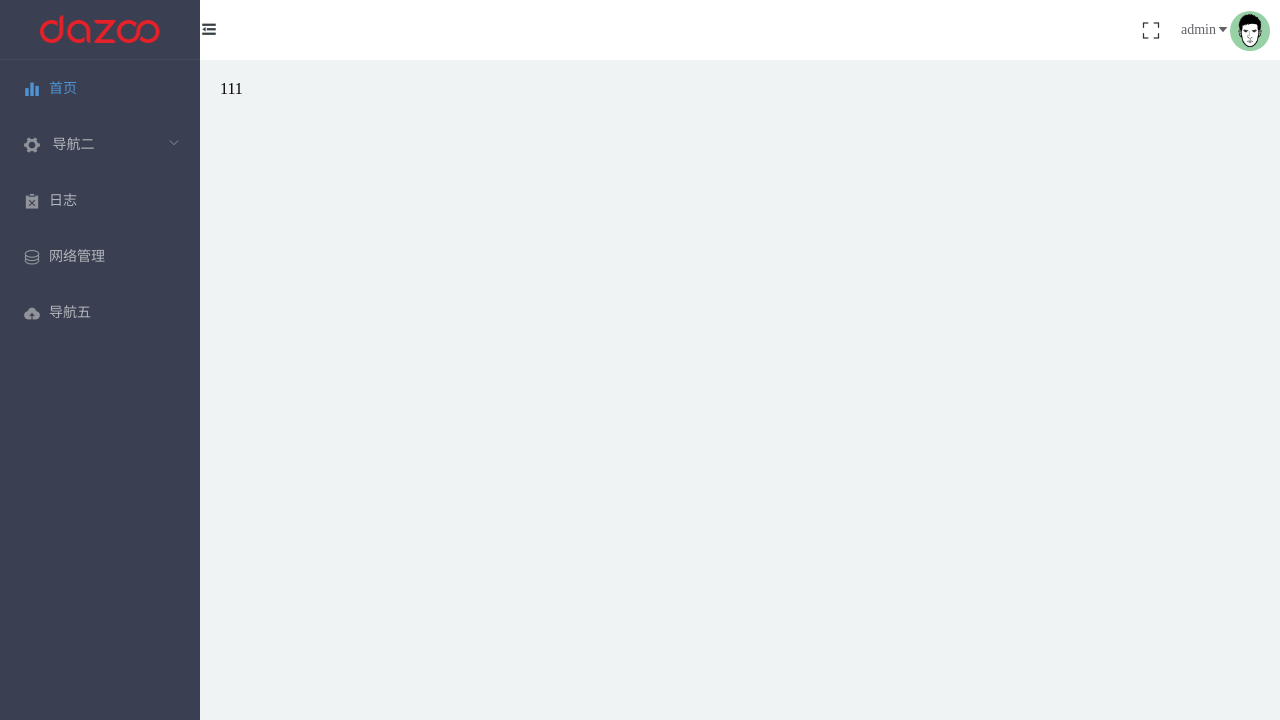
Repository: TomGodb/dazoo-admin
Page: /#/Home
These files come from the project's save history. The page is drawn as it stood at one moment and after the next save; the edit follows.
The browser window is 1280 px wide. The pictures show the whole page.
The project was rebuilt for these pictures with package versions that can differ from the ones it lists, and the page was loaded fresh each time. Also part of the build but not shown: vue.config.js, src/components/SlideVerify/index.vue, src/utils/request.js, src/views/login/http.js, src/views/login/index.vue.

Above is the page before, as saved 2021-01-23 11:00:56.

### public/index.html
<!DOCTYPE html>
<html lang="">
  <head>
    <meta charset="utf-8">
    <meta http-equiv="X-UA-Compatible" content="IE=edge">
    <meta name="viewport" content="width=device-width,initial-scale=1.0">
    <link rel="icon" href="<%= BASE_URL %>favicon.ico">
    <title>运维管理后台</title>
  </head>
  <body>
    <noscript>
      <strong>We're sorry but <%= htmlWebpackPlugin.options.title %> doesn't work properly without JavaScript enabled. Please enable it to continue.</strong>
    </noscript>
    <div id="app"></div>
    <!-- built files will be auto injected -->
  </body>
</html>

### src/main.js
import Vue from "vue";
import App from "./App.vue";
import router from "./router";
import store from "./store";
import ElementUI from 'element-ui';
import 'element-ui/lib/theme-chalk/index.css';
Vue.config.productionTip = false;
Vue.use(ElementUI);
new Vue({
  router,
  store,
  render: h => h(App)
}).$mount("#app");

### src/App.vue
<template>
  <div id="app">
    <!-- <div id="nav">
      <router-link to="/">Home</router-link> |
      <router-link to="/about">About</router-link>
    </div> -->
    <router-view />
  </div>
</template>

<style lang="less">
* {
  padding: 0;
  margin: 0;
}
body,
html {
  height: 100%;
}
#app {
  font-family: "\5FAE\8F6F\96C5\9ED1";
  height: 100%;
}

// #nav {
//   padding: 30px;
//   a {
//     font-weight: bold;
//     color: #2c3e50;
//     &.router-link-exact-active {
//       color: #42b983;
//     }
//   }
// }
</style>

### src/router/index.js
import Vue from "vue";
import VueRouter from "vue-router";

import login from "@v/login/index.vue";
import Home from "@/Home/index.vue";
Vue.use(VueRouter);
import module from './modole'

export const currencyRoutes = [{
    path: "/",
    name: "login",
    component: login,
  },
  {
    path: "/Home",
    name: "Home",
    component: Home,
    redirect: "/dashbord",
    children: module,

  },
];
const router = new VueRouter({
  mode: "hash",
  base: process.env.BASE_URL,
  routes: currencyRoutes
});

export default router;

### src/store/index.js
import Vue from "vue";
import Vuex from "vuex";
import getters from "./getters"

Vue.use(Vuex);
export default new Vuex.Store({
  state: {
    opened: false
  },
  mutations: {
    SET_OPENED(state) {
      state.opened = !state.opened;
    },
  },
  actions: {},
  modules: {},
  getters
});

### src/Home/index.vue
<template>
  <div class="home-container">
    <el-container>
      <el-header> <m-header></m-header></el-header>
      <el-container>
        <el-aside :width="opened ? '64px' : '200px'">
          <el-menu
            :default-active="activeMenu"
            class="el-menu-vertical-demo"
            background-color="#3a3f51"
            text-color="#b5b6bd"
            active-text-color="rgb(79, 148, 212)"
            mode="vertical"
            :collapse-transition="false"
            router
            :collapse="opened"
          >
            <NavMenu :navMenus="menuData"></NavMenu>
          </el-menu>
        </el-aside>
        <el-main>
          <transition name="fade-page" mode="out-in">
            <router-view></router-view> </transition
        ></el-main>
      </el-container>
    </el-container>
    <!-- <el-container>
      <el-aside :width="opened ? '64px' : '200px'">
        <el-menu
          :default-active="activeMenu"
          class="el-menu-vertical-demo"
          background-color="#3a3f51"
          text-color="#b5b6bd"
          active-text-color="rgb(79, 148, 212)"
          mode="vertical"
          :collapse-transition="false"
          router
          :collapse="opened"
        >
          <NavMenu :navMenus="menuData"></NavMenu>
        </el-menu>
      </el-aside>
      <el-container>
        <el-header>
          <m-header></m-header>

        </el-header>
        <el-main>
          <transition name="fade-page" mode="out-in">
            <router-view></router-view>
          </transition>
        </el-main>
      </el-container>
    </el-container> -->
  </div>
</template>

<script>
import NavMenu from "./NavMenu";
import { mapGetters } from "vuex";
import MHeader from "./Header";
import { menuData } from "./NavMenu/meunDataRouter";
export default {
  components: {
    NavMenu,
    MHeader,
  },
  data() {
    return {
      menuData,
    };
  },
  computed: {
    activeMenu() {
      return this.$route.path;
    },
    ...mapGetters(["opened"]),
  },
};
</script>

<style lang="less" scoped>
.el-header,
.el-footer {
  // background-color: #b3c0d1;
  color: #333;
  // text-align: center;
  // line-height: 60px;
}
.home-container {
  height: 100%;
  .el-aside {
    transition: width 0.3s;
    overflow: hidden;
    background-color: rgb(58, 63, 81);
  }
  .el-menu {
    border-right: 0px !important;
  }
  .fade-page-enter-active,
  .fade-page-leave-active {
    transition: all 0.5s;
  }
  .fade-page-enter {
    opacity: 0;
    transform: translateX(-30px);
  }
  .fade-page-leave-to {
    opacity: 0;
    transform: translateX(-30px);
  }
}
.el-container {
  // height:calc(100% - 60px);
  height: 100%;
}
.el-main {
  background-color: #f0f3f4;
}
</style>
<style>
.el-menu--collapse .el-submenu__title span {
  display: none;
}
/*隐藏 > */
.el-menu--collapse .el-submenu__title .el-submenu__icon-arrow {
  display: none;
}
.el-header{
  padding: 0px  !important;
}
</style>

### src/router/modole/index.js
import aaa from './aaa'
let routesArray = []

let toArray = (pages) => {
  Object.keys(pages).forEach((key) => {
    let obj = pages[key]
    Object.keys(obj).forEach((key) => {
      routesArray.push(obj[key])
    })
  })
}
toArray([aaa])

export default routesArray

### src/store/getters.js

const getters ={
    opened(state){
        return state.opened
    }
}
export default getters;

### src/Home/NavMenu/index.vue
<template>
  <div class="navMenu">

    <template v-for="navMenu in navMenus">
      <!-- 最后一级菜单 -->
      <el-menu-item
        v-if="!navMenu.children && navMenu"
        :key="navMenu.id"
        :data="navMenu"
        :index="navMenu.path"
      >
        <i :class="navMenu.meta.icon"></i>
        <span slot="title">{{ navMenu.meta.title }}</span>
      </el-menu-item>
      <!-- 此菜单下还有子菜单 -->
      <el-submenu
        v-if="navMenu.children && navMenu"
        :key="navMenu.id"
        :data="navMenu"
        :index="navMenu.path"
      >
        <template slot="title">
          <i :class="navMenu.meta.icon"></i>
          <span> {{ navMenu.meta.title }}</span>
        </template>
        <!-- 递归 -->
        <NavMenu :navMenus="navMenu.children"></NavMenu>
      </el-submenu>
    </template>
  </div>
</template>

<script>
import { mapGetters } from "vuex";
export default {
  computed: {
    ...mapGetters(["opened"]),
  },
  name: "NavMenu",
  props: ["navMenus"],
  data() {
    return {};
  },
  methods: {},
};
</script>
<style lang="less" scoped>

</style>

### src/Home/Header/index.vue
<template>
  <div class="sideCollapse">
    <div class="header_l" :style="{ width: opened ? '64px' : '200px' }">
      <img v-if="opened" src="@a/ImgSrc/Home-logo/dazoo-logo.png" alt="logo" />
      <img v-else src="@a/ImgSrc/Home-logo/logo.jpg" alt="logo" />
    </div>

    <div class="sideCollapse-left" id="domColapse">
      <i
        :class="{ 'el-icon-s-unfold': opened, 'el-icon-s-fold': !opened }"
        @click="toggleOpen()"
      ></i>
    </div>
    <div class="sideCollapse-right">
      <user-dropdown></user-dropdown>
    </div>
  </div>
</template>

<script>
import { mapGetters } from "vuex";
import UserDropdown from "./UserDropdown";
export default {
  components: {
    UserDropdown,
  },
  computed: {
    ...mapGetters(["opened"]),
    // toggleClass() {
    //   return {
    //     'el-icon-s-unfold': this.opened === 'true',
    //     'el-icon-s-fold': this.opened !== 'true'
    //   }
    // }
  },
  methods: {
    toggleOpen() {
      this.$store.commit("SET_OPENED");
    },
  },
};
</script>
<style lang="less" scoped>
.sideCollapse-left {
  float: left;
  font-size: 18px;
  color: #363f44;
  cursor: pointer;
}
.sideCollapse {
  background-color: white;
  line-height: 60px;
  height: 100%;
}
.sideCollapse-right {
  float: right;
}
.header_l {
  transition: width 0.3s;
  float: left;
  background-color: #3a3f51;
  border-bottom: 1px solid #454b61;
  width: 200px;
  height: 59px;
  text-align: center;
  font-size: 15px;
  font-weight: 700;
  img {
    height: 28px;
    vertical-align: middle;
    position: relative;
    top: -3px;
  }
}
</style>

### src/Home/NavMenu/meunDataRouter.js
const menuData = [{
        id: 1,
        meta: {
            title: "首页",
            icon: "el-icon-s-data"
        },
        path: "/dashbord",
    },
    {
        id: 2,
        meta: {
            title: "导航二",
            icon: "el-icon-s-tools"
        },
        path: "/dashbord/aaa",

        children: [{

            path: "/dashbord/aaa",
            meta: {
                title: "导航2-1",
                icon: "el-icon-s-tools"
            },
        }]
    },
    {
        id: 3,
        meta: {
            title: "日志",
            icon: "el-icon-s-release"
        },
        path: "/",
    },
    {
        id: 4,
        meta: {
            title: "网络管理",
            icon: "el-icon-coin"
        },
        path: "/",
    },
    {
        id: 5,
        meta: {
            title: "导航五",
            icon: "el-icon-upload"
        },
        path: "/",
    },
]

export {
    menuData
}

### src/router/modole/aaa.js
export default [{
        path: "/dashbord",
        name: "Dashbord",
        component: () => import("@v/dashbord"),
        meta: {
            title: "首页",
            icon: "el-icon-s-data"
        }
    },
    {
        path: "/dashbord/aaa",
        name: "aaa",
        component: () => import("@v/aaa"),
        meta: {
            title: "aaa",
            icon: "el-icon-s-data"
        }
    },
]

### src/Home/Header/UserDropdown.vue
<template>
  <div>
    <div class="hoverBag" @click="toggleFull">
      <i class="el-icon-full-screen iconFont"></i>
    </div>
    <el-dropdown class="userDd hoverBag" @command="handleCommand">
      <div class="userDrop">
        <span class="userDrop_text">
          admin<i class="el-icon-caret-bottom"></i
        ></span>
        <img src="@a/ImgSrc/header_images/user01.jpg" alt="user" />
      </div>
      <el-dropdown-menu solt="dropdown">
        <el-dropdown-item
          v-for="(item, index) in dropdownList"
          :key="index"
          :command="index"
        >
          <i :class="item.icon"></i>{{ item.title }}
        </el-dropdown-item>
        <!-- <el-dropdown-item>
          <i class=""></i>
        </el-dropdown-item>
        <el-dropdown-item divided>
          <i class=""></i>
        </el-dropdown-item> -->
      </el-dropdown-menu>
    </el-dropdown>
  </div>
</template>
<script>
import screenfull from "screenfull";
export default {
  data() {
    return {
      dropdownList: [
        {
          icon: "el-icon-s-home",
          title: "首页",
          path: "/Home",
        },
        {
          icon: "el-icon-s-custom",
          title: "个人信息",
          path: "/dashbord/aaa",
        },
        {
          icon: "el-icon-switch-button",
          title: "登出",
          path: "/",
        },
      ],
    };
  },
  methods: {
    handleCommand(index) {
      this.$router.push(this.dropdownList[index].path);
    },
    toggleFull() {
      screenfull.toggle();
    },
  },
};
</script>
<style lang="less" scoped>
.iconFont {
  font-size: 20px;
  vertical-align: middle;
}
.userDrop img {
  vertical-align: middle;
  display: inline-block;
  width: 40px;
  height: 40px;
  border-radius: 50%;
  vertical-align: middle;
}

.hoverBag {
  cursor: pointer;
  height: 100%;
  padding: 0px 10px;
  float: left;
}
.hoverBag:hover {
  background: #f0f3f4;
}
</style>

### src/views/dashbord/index.vue
<template>
<div>
    111
</div>
</template>
<script>
export default {
    data(){
        return {

        }
    }
}
</script>
<style lang="less" scoped>

</style>

After the next save:
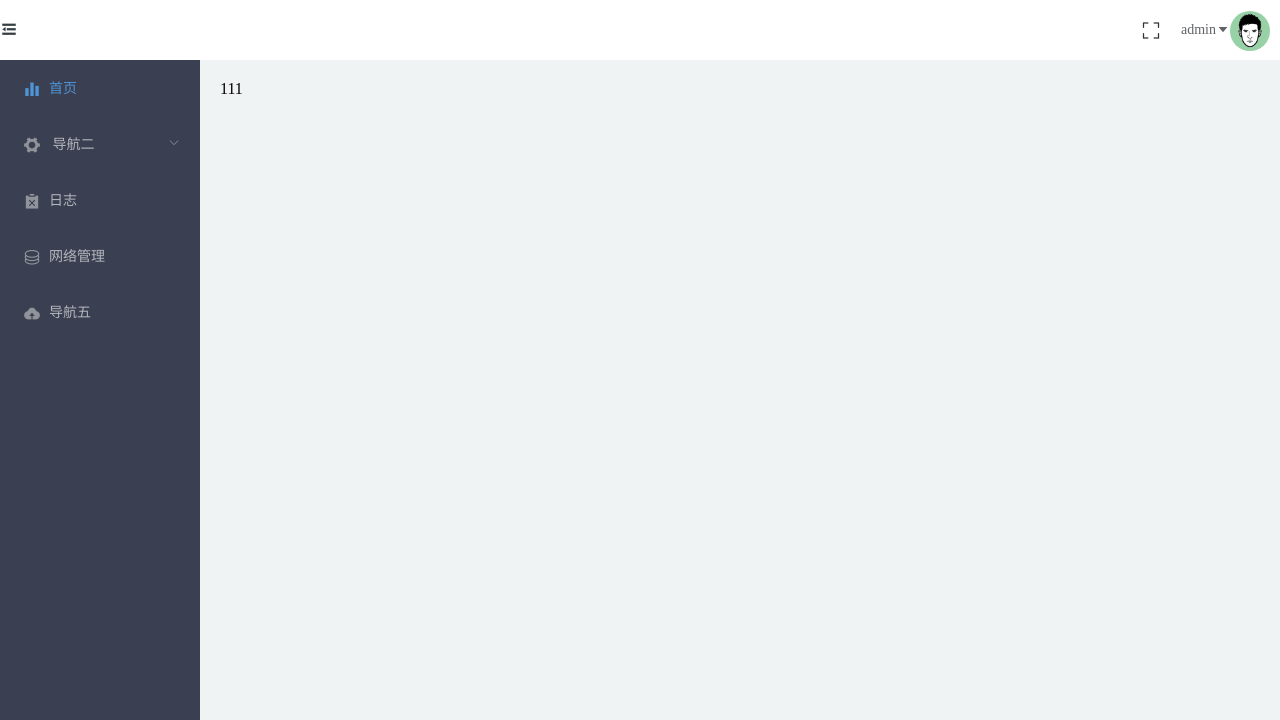
Saved 12 s later.
--- a/src/Home/Header/index.vue
+++ b/src/Home/Header/index.vue
@@ -1,9 +1,6 @@
 <template>
   <div class="sideCollapse">
-    <div class="header_l" :style="{ width: opened ? '64px' : '200px' }">
-      <img v-if="opened" src="@a/ImgSrc/Home-logo/dazoo-logo.png" alt="logo" />
-      <img v-else src="@a/ImgSrc/Home-logo/logo.jpg" alt="logo" />
-    </div>
+
 
     <div class="sideCollapse-left" id="domColapse">
       <i
